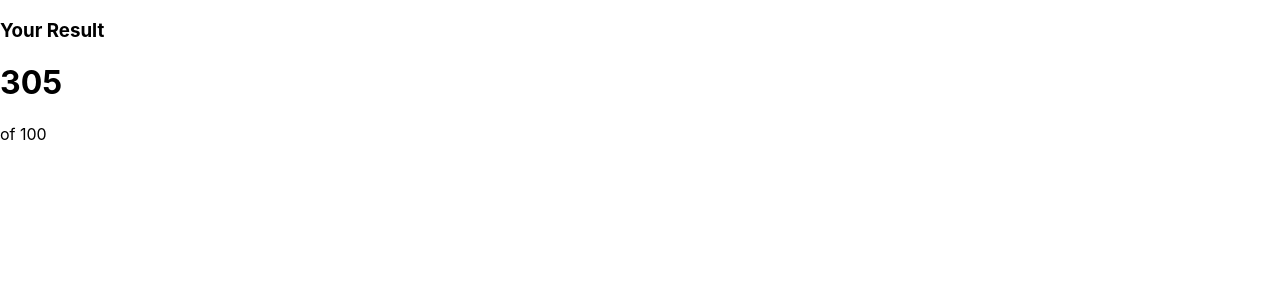
Repository: JeanPaulBassil/Result-Summary-Design
Page: /
The author's editor kept a copy of each file at every save. The page is drawn from the files as they stood at one save, then again after the next save.
The browser window is 1280 px wide. The pictures show the whole page.
The project was rebuilt for these pictures with package versions that can differ from the ones it lists, and the page was loaded fresh each time.

Above is the page before, as saved 2023-02-24 15:07:35.

After the next save:
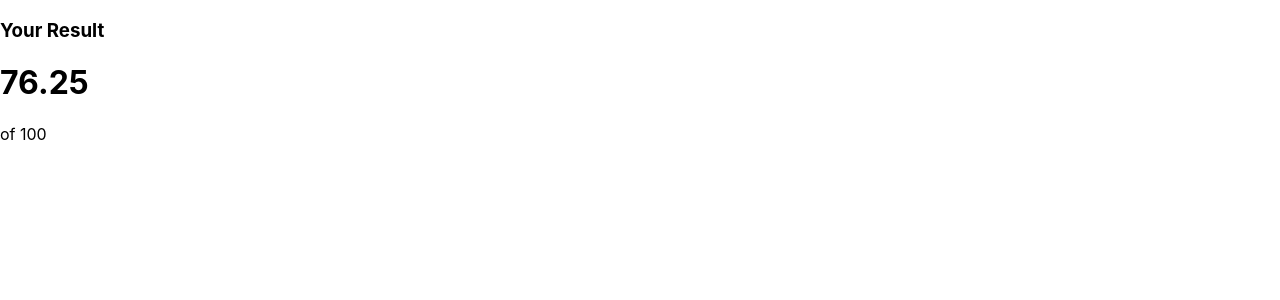
Saved 24 s later.
--- a/src/Components/Result/Result.js
+++ b/src/Components/Result/Result.js
@@ -3,7 +3,7 @@ import Grade from "../Grade/Grade";
 import data from "../../data.json";
 
 export default function Result() {
-    const score = data.reduce((totalGrade, category) => totalGrade + category.score , 0)
+    const score = data.reduce((totalGrade, category) => totalGrade + category.score , 0) / data.length
 
     return (
         <div className="result">
